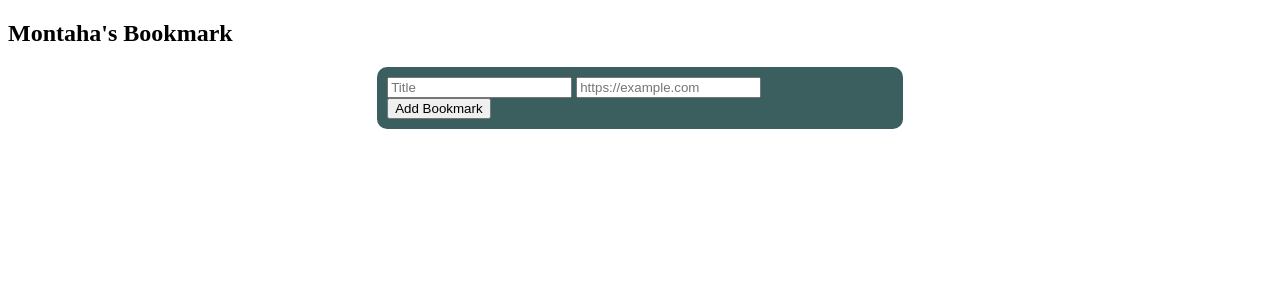
Repository: eidimontaha18-maker/finalproject
Page: index.html
The author's editor kept a copy of each file at every save. The page is drawn from the files as they stood at one save, then again after the next save.
The browser window is 1280 px wide. The pictures show the whole page.

Above is the page before, as saved 2025-11-25 23:22:54.

### index.html
<!DOCTYPE html>
<html lang="en">
<head>
    <meta charset="UTF-8">
    <meta name="viewport" content="width=device-width, initial-scale=1.0">
    <title>Montaha's Bookmark</title>
    <link rel="stylesheet" href="style.css">
</head>
<body>
    <nav>
        <h1>Montaha's Bookmark</h1>
    </nav>

    <main>
        <div class="addbookmark">
            <input type="text" placeholder="Title" />
            <input type="text" placeholder="https://example.com" />
            <br>
            <button>Add Bookmark</button>
        </div>
    </main>

</body>
</html>

### style.css
.addbookmark{
    background-color: rgb(59, 94, 94);
    padding: 10px;
    width: 40%;
    margin: auto;
    border-radius: 10px;
}

After the next save:
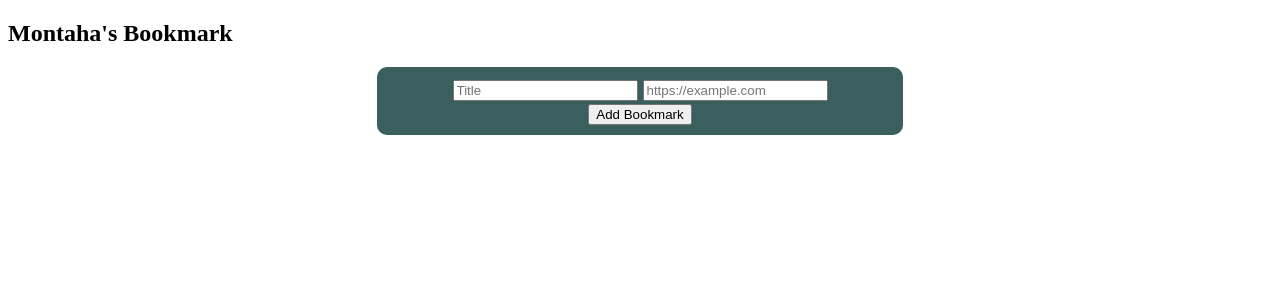
Saved 22 s later.
--- a/style.css
+++ b/style.css
@@ -4,4 +4,7 @@
     width: 40%;
     margin: auto;
     border-radius: 10px;
+    color: white;
+    text-align: center;
+    font-size: 20px;
 }
